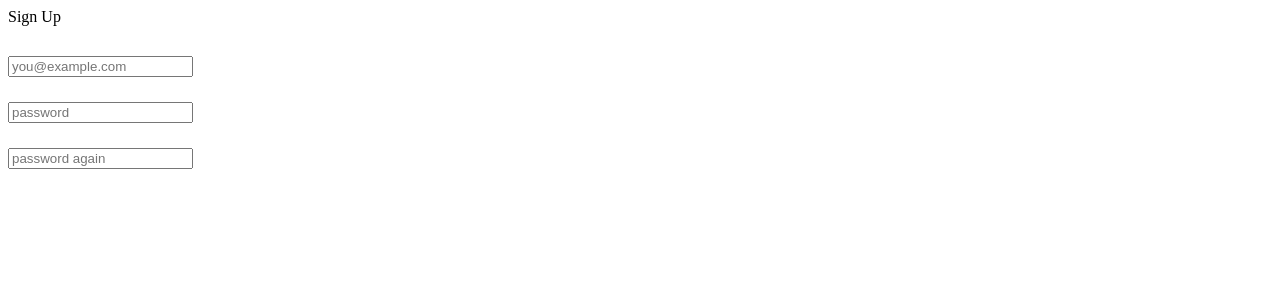
Repository: terameta/com.luckynode.cloud
Page: client/partials/authentication/signupModal.html
The author's editor kept a record of every edit. The page is drawn from the files as they stood at one moment, then again after the next edit.
The browser window is 1280 px wide. The pictures show the whole page.

Above is the page before.

### client/partials/authentication/signupModal.html
<div id="loginbox">
	<div class="panel panel-info" style="margin:0;padding:0">
		<div class="panel-heading">
			<div class="panel-title">Sign Up</div>
		</div>
		<div class="panel-body" style="padding-top:30px;">
			<div style="display:none" id="signup-alert" class="alert alert-danger col-sm-12"></div>
			<form id="signupform" class="form-horizontal" role="form" ng-submit="registerModalController.submit(_email, _password)">
				<div class="input-group" style="margin-bottom:25px;">
					<span class="input-group-addon"><i class="glyphicon glyphicon-user"></i></span>
					<input type="email" ng-model="_email" placeholder="you@example.com" class="form-control" />
				</div>
				<div class="input-group" style="margin-bottom:25px;">
					<span class="input-group-addon"><i class="glyphicon glyphicon-lock"></i></span>
					<input type="password" ng-model="_password" placeholder="password" class="form-control" />
				</div>
				<div class="input-group" style="margin-bottom:25px;">
					<span class="input-group-addon"><i class="glyphicon glyphicon-lock"></i></span>
					<input type="password" ng-model="_passworda" placeholder="password again" class="form-control" />
				</div>

			</form>
		</div>
	</div>
</div>
<!--



-->

<!--div id="loginbox" style="margin:0;padding:0">
		<div class="panel panel-info">
			<div class="panel-heading">
				<div class="panel-title">Sign In</div>
				<div style="float:right; font-size: 80%; position: relative; top:-10px"><a href="#">Forgot password?</a>
				</div>
			</div>
			<div style="padding-top:30px" class="panel-body">

				<div style="display:none" id="login-alert" class="alert alert-danger col-sm-12"></div>

				<form id="loginform" class="form-horizontal" role="form">


					<div style="margin-top:10px" class="form-group">

						<div class="col-sm-12 controls">
							<a id="btn-login" href="#" class="btn btn-success">Login  </a>
							<a id="btn-fblogin" href="#" class="btn btn-primary">Login with Facebook</a>

						</div>
					</div>


					<div class="form-group">
						<div class="col-md-12 control">
							<div style="border-top: 1px solid#888; padding-top:15px; font-size:85%">
								Don't have an account!
								<a href="#" onClick="$('#loginbox').hide(); $('#signupbox').show()">
                                            Sign Up Here
                                        </a>
							</div>
						</div>
					</div>
				</form>
			</div>

		</div>
	</div-->
<!--div id="signupbox" style="display:none;">
		<div class="panel panel-info">
			<div class="panel-heading">
				<div class="panel-title">Sign Up</div>
				<div style="float:right; font-size: 85%; position: relative; top:-10px"><a id="signinlink" href="#" onclick="$('#signupbox').hide(); $('#loginbox').show()">Sign In</a>
				</div>
			</div>
			<div class="panel-body">
				<form id="signupform" class="form-horizontal" role="form">
					<div id="signupalert" style="display:none" class="alert alert-danger">
						<p>Error:</p>
						<span></span>
					</div>
					<div class="form-group">
						<label for="email" class="col-md-3 control-label">Email</label>
						<div class="col-md-9">
							<input type="text" class="form-control" name="email" placeholder="Email Address">
						</div>
					</div>

					<div class="form-group">
						<label for="firstname" class="col-md-3 control-label">First Name</label>
						<div class="col-md-9">
							<input type="text" class="form-control" name="firstname" placeholder="First Name">
						</div>
					</div>
					<div class="form-group">
						<label for="lastname" class="col-md-3 control-label">Last Name</label>
						<div class="col-md-9">
							<input type="text" class="form-control" name="lastname" placeholder="Last Name">
						</div>
					</div>
					<div class="form-group">
						<label for="password" class="col-md-3 control-label">Password</label>
						<div class="col-md-9">
							<input type="password" class="form-control" name="passwd" placeholder="Password">
						</div>
					</div>
					<div class="form-group">
						<label for="icode" class="col-md-3 control-label">Invitation Code</label>
						<div class="col-md-9">
							<input type="text" class="form-control" name="icode" placeholder="">
						</div>
					</div>
					<div class="form-group">
						<div class="col-md-offset-3 col-md-9">
							<button id="btn-signup" type="button" class="btn btn-info"><i class="icon-hand-right"></i> &nbsp Sign Up</button>
							<span style="margin-left:8px;">or</span>
						</div>
					</div>
					<div style="border-top: 1px solid #999; padding-top:20px" class="form-group">
						<div class="col-md-offset-3 col-md-9">
							<button id="btn-fbsignup" type="button" class="btn btn-primary"><i class="icon-facebook"></i>   Sign Up with Facebook</button>
						</div>
					</div>
				</form>
			</div>
		</div>
	</div-->

After the next edit:
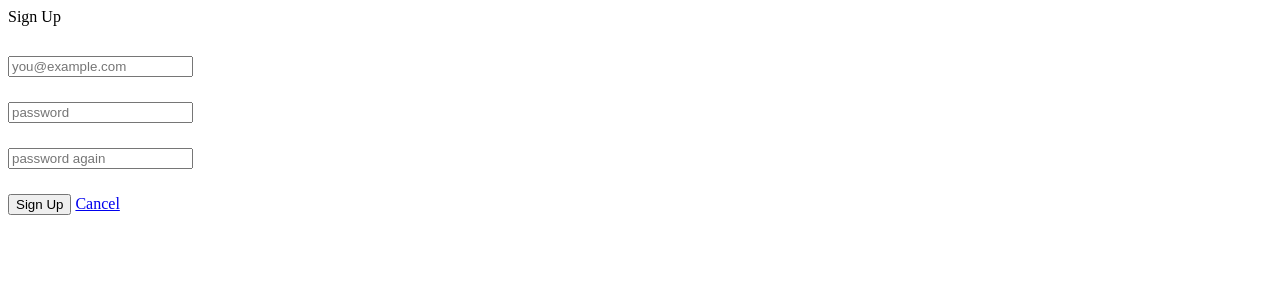
The edit:
--- a/client/partials/authentication/signupModal.html
+++ b/client/partials/authentication/signupModal.html
@@ -18,7 +18,12 @@
 					<span class="input-group-addon"><i class="glyphicon glyphicon-lock"></i></span>
 					<input type="password" ng-model="_passworda" placeholder="password again" class="form-control" />
 				</div>
-
+				<div style="margin-top:10px" class="form-group">
+					<div class="col-sm-12 controls">
+						<button type="submit" class="btn btn-success btn-sm">Sign Up</button>
+						<a id="btn-login" href="#" class="btn btn-danger btn-sm">Cancel</a>
+					</div>
+				</div>
 			</form>
 		</div>
 	</div>
